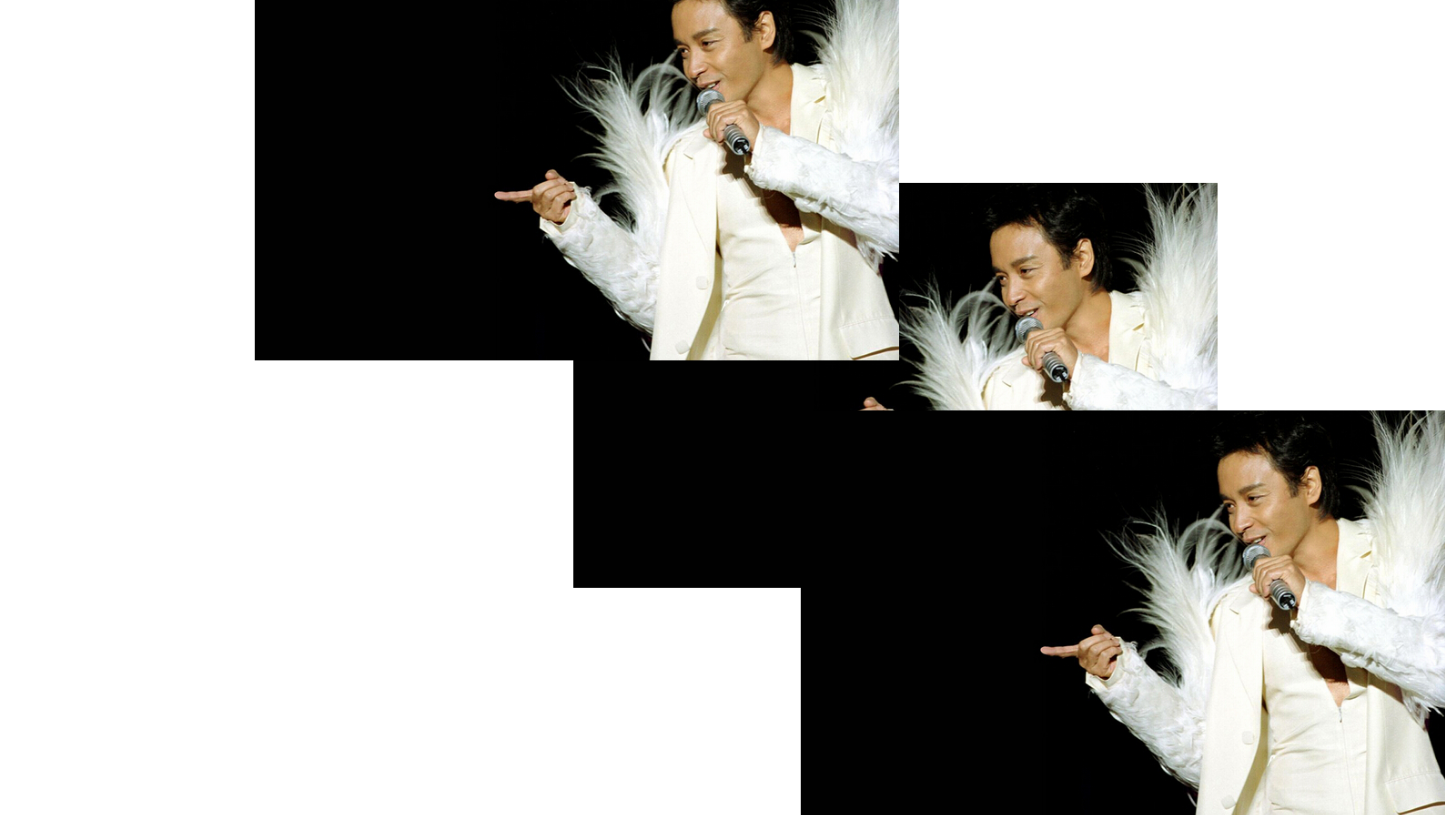
Repository: MasterKweng/workspace
Page: WebBasic/WebContent/Day02/堆叠顺序.html
These files come from the project's save history. The page is drawn as it stood at one moment and after the next save; the edit follows.
The browser window is 1280 px wide. The page is 1588 px wide, so the pictures cover 1588 px, including what lies to the right of the window. The pictures show the whole page, at 91% of full size.

Above is the page before, as saved 2018-01-05 09:35:40.

After the next save:
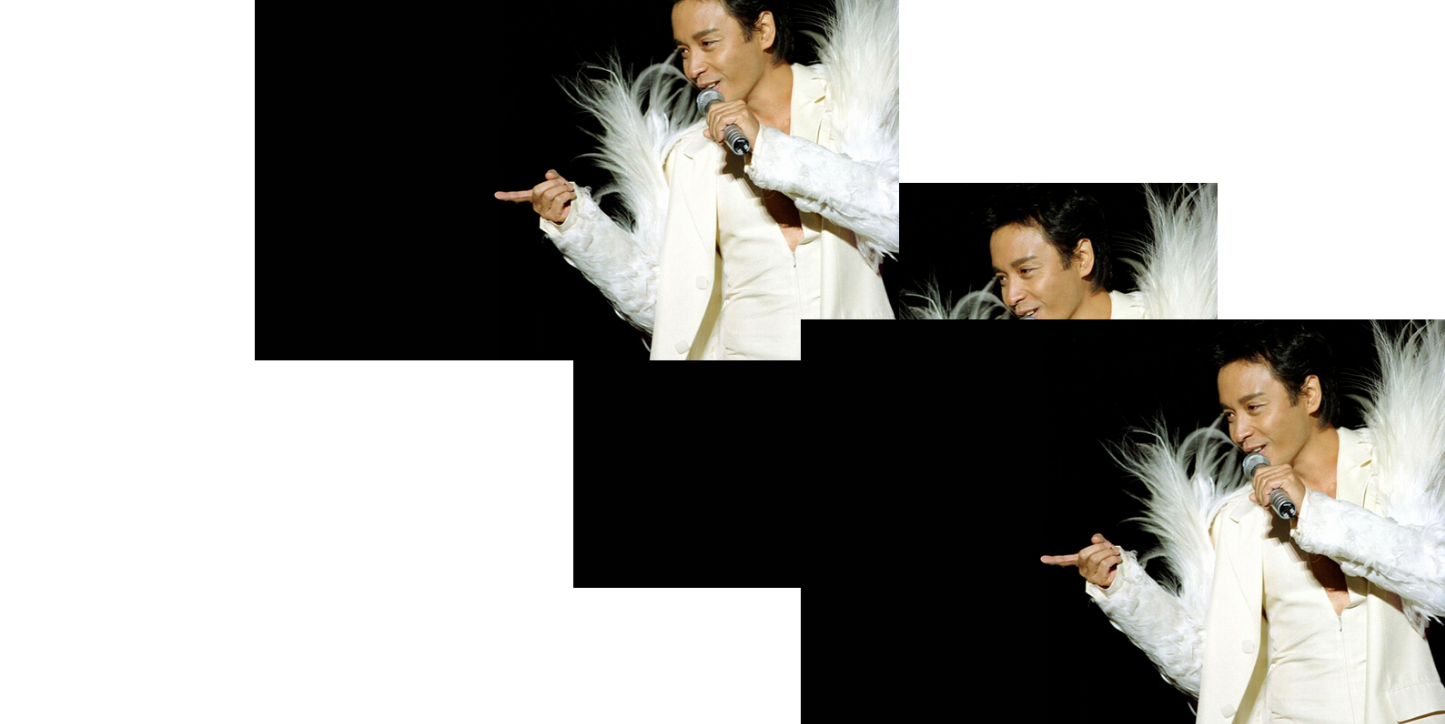
Saved 33 s later.
--- a/WebBasic/WebContent/Day02/堆叠顺序.html
+++ b/WebBasic/WebContent/Day02/堆叠顺序.html
@@ -22,7 +22,7 @@
 			#img3{
 				position:absolute;
 				left:250px;
-				top:250px;
+				top:150px;
 			}
 		</style>
 	</head>
